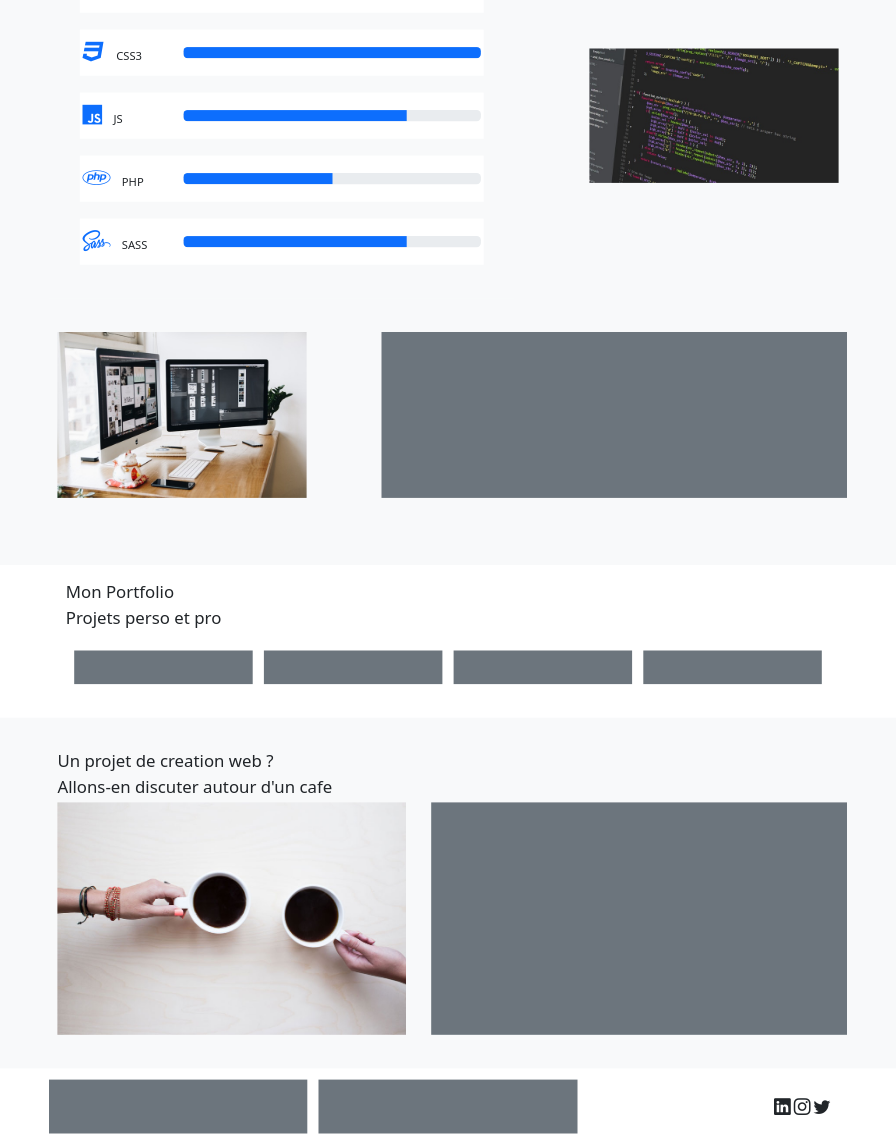
Repository: wadelfadill/Bootstrap_tache_1_portfolio
Page: index.html
The author's editor kept a copy of each file at every save. The page is drawn from the files as they stood at one save, then again after the next save.
The browser window is 1280 px wide. The pictures show the part of the page from y = 996 to 2916 px (the page is 2631 px tall before and 2916 px after), at 70% of full size.
Some web libraries are served in a nearby version.

Above is the page before, as saved 2023-03-28 13:34:50.

After the next save:
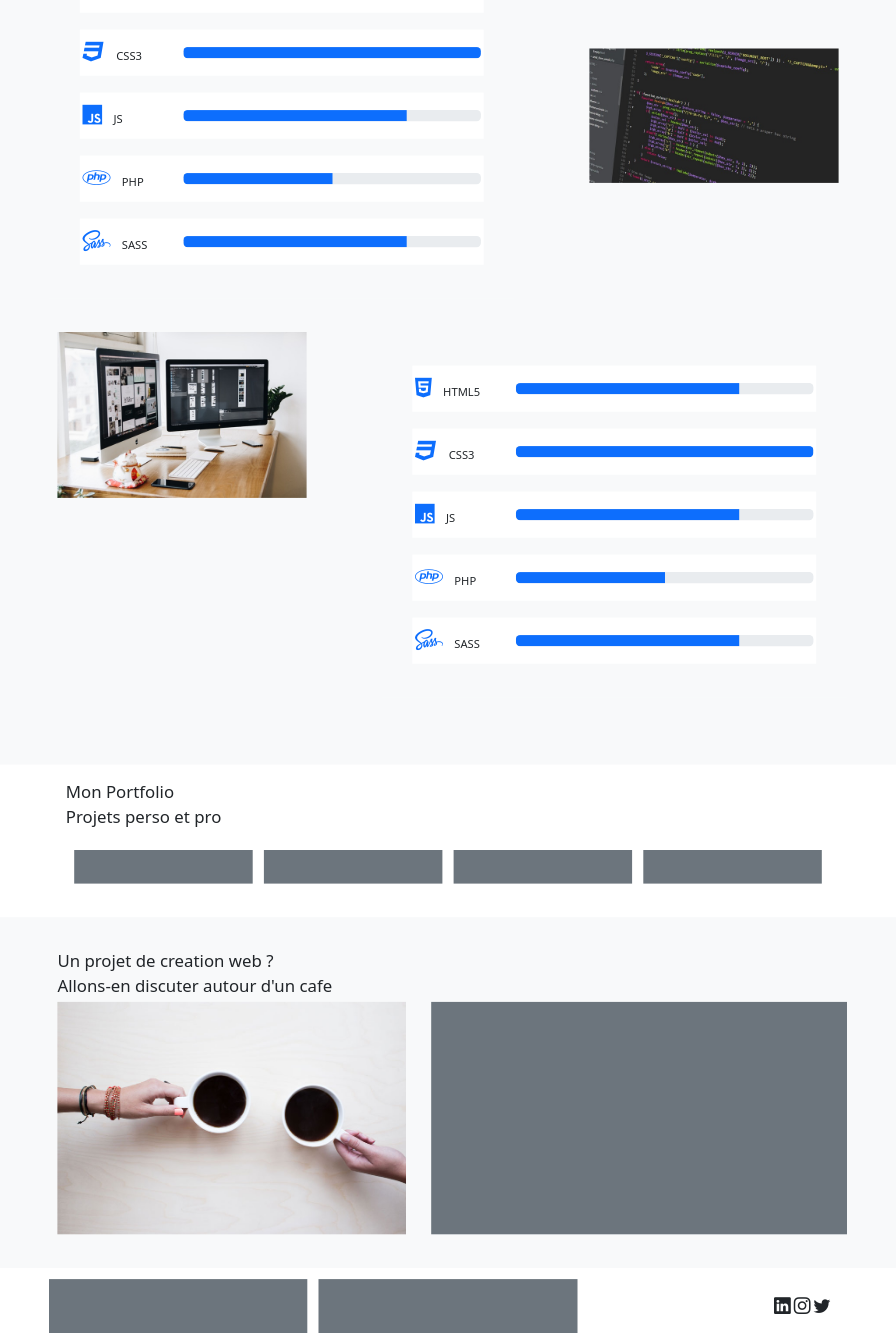
Saved 8 h 21 min later.
--- a/index.html
+++ b/index.html
@@ -123,8 +123,58 @@
                     <div class="col-12 col-md-4">
                         <img src="img/design.jpg" alt="" class="w-100">
                     </div>
-                    <div class="col-12 col-md-7 bg-secondary offset-md-1 p-5">
-
+                    <div class="col-12 col-md-7 bg-light offset-md-1 p-5">
+
+                        <div class="row bg-body py-3 align-items-center gx-2">
+                            <div class="col-3">
+                                <i class="fab fa-html5 fa-2x me-3 text-primary" aria-hidden="true"></i><span class="pb-5">HTML5</span>
+                            </div>
+                            <div class="col-9">
+                                <div class="progress">
+                                    <div class="progress-bar" role="progressbar" style="width: 75%" aria-valuenow="75" aria-valuemin="0" aria-valuemax="100"></div>
+                                </div>
+                            </div>
+                        </div>
+                        <div class="row bg-body py-3 align-items-center gx-2 mt-4">
+                            <div class="col-3">
+                                <i class="fab fa-css3 fa-2x me-3 text-primary" aria-hidden="true"></i><span class="pb-5">CSS3</span>
+                            </div>
+                            <div class="col-9">
+                                <div class="progress">
+                                    <div class="progress-bar" role="progressbar" style="width: 100%" aria-valuenow="100" aria-valuemin="0" aria-valuemax="100"></div>
+                                </div>
+                            </div>
+                        </div>
+                        <div class="row bg-body py-3 align-items-center gx-2 mt-4">
+                            <div class="col-3">
+                                <i class="fab fa-js fa-2x me-3 text-primary" aria-hidden="true"></i><span class="pb-5">JS</span>
+                            </div>
+                            <div class="col-9">
+                                <div class="progress">
+                                    <div class="progress-bar" role="progressbar" style="width: 75%" aria-valuenow="75" aria-valuemin="0" aria-valuemax="100"></div>
+                                </div>
+                            </div>
+                        </div>
+                        <div class="row bg-body py-3 align-items-center gx-2 my-4">
+                            <div class="col-3">
+                                <i class="fab fa-php fa-2x me-3 text-primary" aria-hidden="true"></i><span class="pb-5">PHP</span>
+                            </div>
+                            <div class="col-9">
+                                <div class="progress">
+                                    <div class="progress-bar" role="progressbar" style="width: 50%" aria-valuenow="50" aria-valuemin="0" aria-valuemax="100"></div>
+                                </div>
+                            </div>
+                        </div>
+                        <div class="row bg-body py-3 align-items-center gx-2">
+                            <div class="col-3">
+                                <i class="fab fa-sass fa-2x me-3 text-primary" aria-hidden="true"></i><span class="pb-5">SASS</span>
+                            </div>
+                            <div class="col-9">
+                                <div class="progress">
+                                    <div class="progress-bar" role="progressbar" style="width: 75%" aria-valuenow="75" aria-valuemin="0" aria-valuemax="100"></div>
+                                </div>
+                            </div>
+                        </div>
                     </div>
                 </div>
              </div>
